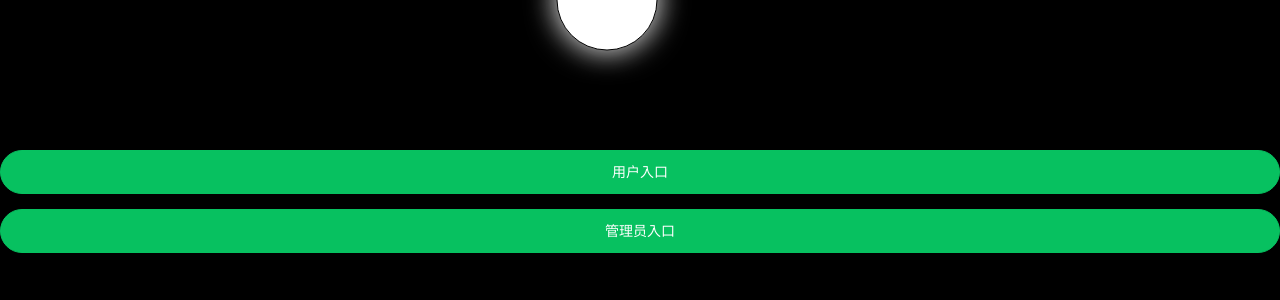
Repository: fisher002/sports
Page: /
An editor plug-in stored every save of this project. The page is shown before and after the next save, followed by the edit.
The browser window is 1280 px wide. The pictures show the whole page.
The project was rebuilt for these pictures with package versions that can differ from the ones it lists, and the page was loaded fresh each time. Also part of the build but not shown: src/components/public/bottom.vue, src/views/mobile-index/indexUrl.js, src/views/mobile-admin/admin-login/loginUrl.js, src/components/public/top.vue, src/views/mobile-index/mobileIndex.vue, src/utils/comUtils.js, src/views/mobile-index/index.vue, src/views/mobile-index/detailcompate.vue and 68 more.

Above is the page before, as saved 2020-05-04 14:19:41.

### index.html
<!DOCTYPE html>
<html>
  <head>
    <meta charset="utf-8">
    <meta name="viewport" content="width=device-width,initial-scale=1.0">
    <title>sports</title>
  </head>
  <body>
    <div id="app"></div>
    <!-- built files will be auto injected -->
  </body>
</html>

### src/main.js
// The Vue build version to load with the `import` command
// (runtime-only or standalone) has been set in webpack.base.conf with an alias.
import Vue from 'vue'
import App from './App'
import router from './router'
import Vant from 'vant';
import { Toast } from "vant";
import { Dialog } from 'vant';
import 'vant/lib/index.css';

Vue.use(Toast);
Vue.use(Dialog);
Vue.use(Vant);
Vue.config.productionTip = false

/* eslint-disable no-new */
new Vue({
  el: '#app',
  router,
  components: { App },
  template: '<App/>'
})

### src/App.vue
<template>
  <div id="app">
    <router-view v-if="isRouterAlive" />
  </div>
</template>

<script>
import { Toast } from "vant";
export default {
  name: 'App',
  provide() {
    //父组件中通过provide来提供变量，在子组件中通过inject来注入变量。
    return {
      reload: this.reload
    };
  },
  data() {
    return {
      isRouterAlive: true, //控制视图是否显示的变量
    };
  },
  methods: {
    reload() {
      this.isRouterAlive = false; //先关闭，
      this.$nextTick(function() {
        this.isRouterAlive = true; //再打开
      });
    }
  }
}
</script>

<style>
#app {
  font-family: 'Avenir', Helvetica, Arial, sans-serif;
  -webkit-font-smoothing: antialiased;
  -moz-osx-font-smoothing: grayscale;
  text-align: center;
  color: #2c3e50;
  /* margin-top: 60px; */
}
</style>

### src/router/index.js
import Vue from 'vue'
import Router from 'vue-router'
// import HelloWorld from '@/components/HelloWorld'
// 用户路由
import defaultIndex from '@/views/index'
import mobileIndex from '@/views/mobile-index/mobileIndex'
import index from '@/views/mobile-index/index'
import detailcompate from '@/views/mobile-index/detailcompate'
import login from '@/views/mobile-index/login'
import listmine from '@/views/mobile-mine/listmine'
import detailmine from '@/views/mobile-mine/detailmine'
import listscore from '@/views/mobile-mine/listscore'
import listmessage from '@/views/mobile-mine/listmessage'
import refereemanage from '@/views/mobile-mine/refereeManage'
import listcontestant from '@/views/mobile-mine/listcontestant'
import signupmine from '@/views/mobile-mine/signupmine'
import listitem from '@/views/mobile-item/listitem'
import detailitem from '@/views/mobile-item/detailitem'
import listcomment from '@/views/mobile-comment/listcomment'
import commentusers from '@/views/mobile-comment/commentusers'
import listtournament from '@/views/mobile-tournament/listtournament'
import alltournaments from '@/views/mobile-tournament/alltournaments'
import chatusers from '@/views/mobile-tournament/chatusers'

// 管理员路由
import adminIndex from '@/views/mobile-admin/adminIndex'
import adminlogin from '@/views/mobile-admin/admin-login/adminLogin'
// 赛前
import preindex from '@/views/mobile-admin/admin-pregame/preindex'
import releasegames from '@/views/mobile-admin/admin-pregame/releasegames'
import listgames from '@/views/mobile-admin/admin-pregame/listgames'
import editcompate from '@/views/mobile-admin/admin-pregame/editcompate'
import registermanagement from '@/views/mobile-admin/admin-pregame/registercompate/registermanagement'
import registerpeople from '@/views/mobile-admin/admin-pregame/registercompate/registerpeople'
import listcompateplay from '@/views/mobile-admin/admin-pregame/playermanage/listcompateplay'
import playermanagement from '@/views/mobile-admin/admin-pregame/playermanage/playermanagement'
import listcompatereferee from '@/views/mobile-admin/admin-pregame/refereemanage/listcompatereferee'
import refereemanagement from '@/views/mobile-admin/admin-pregame/refereemanage/refereemanagement'
import listequipment from '@/views/mobile-admin/admin-pregame/equipmentmanage/listequipment'
// 赛中
import middleindex from '@/views/mobile-admin/admin-middle/middleindex'
import listcompates from '@/views/mobile-admin/admin-middle/compatescore/listcompates'
import listcompatescore from '@/views/mobile-admin/admin-middle/compatescore/listcompatescore'
import listfinalperson from '@/views/mobile-admin/admin-middle/finalperson/listfinalperson'
import detailfinalperson from '@/views/mobile-admin/admin-middle/finalperson/detailfinalperson'
// 赛后
import afterindex from '@/views/mobile-admin/admin-after/afterindex'
import listbackmsg from '@/views/mobile-admin/admin-after/feedbackmsg/listbackmsg'
import listcompatewonderful from '@/views/mobile-admin/admin-after/compatewonderful/listcompatewonderful'
import detailwonderful from '@/views/mobile-admin/admin-after/compatewonderful/detailwonderful'
import listcompatenews from '@/views/mobile-admin/admin-after/compatenews/listcompatenews'
import detailcomnews from '@/views/mobile-admin/admin-after/compatenews/detailcomnews'
import listoutlaycompate from '@/views/mobile-admin/admin-after/compateoutlay/listoutlaycompate'
import detailoutlay from '@/views/mobile-admin/admin-after/compateoutlay/detailoutlay'
import listoutlaysum from '@/views/mobile-admin/admin-after/outlaysum/listoutlaysum'
import detailsumlist from '@/views/mobile-admin/admin-after/outlaysum/detailsumlist'

Vue.use(Router)

export default new Router({
  routes: [
    {
      path: '/',
      name: 'index',
      component: defaultIndex,
    },
    {
      path: '/user',
      name: 'mobileIndex',
      component: mobileIndex,
      redirect: '/user/index',
      children: [
        {
          path: '/user/index',
          name: 'index',
          meta: {
            label: "首页"
          },
          component: index
        },
        {
          path: '/user/detailcompate',
          name: 'detailcompate',
          meta: {
            label: "赛事详情"
          },
          component: detailcompate
        },
        {
          path: '/user/listmine',
          name: 'listmine',
          meta: {
            label: "我的"
          },
          component: listmine
        },
        {
          path: '/user/detailmine',
          name: 'detailmine',
          meta: {
            label: "我的信息"
          },
          component: detailmine
        },
        {
          path: '/user/refereemanage',
          name: 'refereemanage',
          meta: {
            label: "我的赛事管理"
          },
          component: refereemanage
        },
        {
          path: '/user/listcontestant',
          name: 'listcontestant',
          meta: {
            label: "运动员管理"
          },
          component: listcontestant
        },
        {
          path: '/user/signupmine',
          name: 'signupmine',
          meta: {
            label: "我的报名"
          },
          component: signupmine
        },
        {
          path: '/user/listscore',
          name: 'listscore',
          meta: {
            label: "我的成绩"
          },
          component: listscore
        },
        {
          path: '/user/listmessage',
          name: 'listmessage',
          meta: {
            label: "我的消息"
          },
          component: listmessage
        },
        {
          path: '/user/listitem',
          name: 'listitem',
          meta: {
            label: "项目"
          },
          component: listitem
        },
        {
          path: '/user/detailitem',
          name: 'detailitem',
          meta: {
            label: "项目列表"
          },
          component: detailitem
        },
        {
          path: '/user/listcomment',
          name: 'listcomment',
          meta: {
            label: "评论"
          },
          component: listcomment
        },
        {
          path: '/user/commentusers',
          name: 'commentusers',
          meta: {
            label: "赛事评论"
          },
          component: commentusers
        },
        {
          path: '/user/listtournament',
          name: 'listtournament',
          meta: {
            label: "赛事"
          },
          component: listtournament
        },
        {
          path: '/user/alltournaments',
          name: 'alltournaments',
          meta: {
            label: "全部赛事时间"
          },
          component: alltournaments
        },
        {
          path: '/user/chatusers',
          name: 'chatusers',
          meta: {
            label: "赛事实时信息"
          },
          component: chatusers
        },
      ]
    },
    {
      path: '/admin',
      name: 'adminIndex',
      component: adminIndex,
      redirect: '/admin/preindex',
      children: [
        {
          path: '/admin/preindex',
          name: 'preindex',
          meta: {
            label: "赛前"
          },
          component: preindex
        },
        {
          path: '/admin/releasegames',
          name: 'releasegames',
          meta: {
            label: "赛事发布"
          },
          component: releasegames
        },
        {
          path: '/admin/listgames',
          name: 'listgames',
          meta: {
            label: "赛事修改列表"
          },
          component: listgames
        },
        {
          path: '/admin/editcompate',
          name: 'editcompate',
          meta: {
            label: "赛事修改"
          },
          component: editcompate
        },
        {
          path: '/admin/registermanagement',
          name: 'registermanagement',
          meta: {
            label: "赛事报名管理"
          },
          component: registermanagement
        },
        {
          path: '/admin/registerpeople',
          name: 'registerpeople',
          meta: {
            label: "报名学生"
          },
          component: registerpeople
        },
        {
          path: '/admin/listcompateplay',
          name: 'listcompateplay',
          meta: {
            label: "运动员管理"
          },
          component: listcompateplay
        },
        {
          path: '/admin/playermanagement',
          name: 'playermanagement',
          meta: {
            label: "运动员列表"
          },
          component: playermanagement
        },
        {
          path: '/admin/listcompatereferee',
          name: 'listcompatereferee',
          meta: {
            label: "裁判管理"
          },
          component: listcompatereferee
        },
        {
          path: '/admin/refereemanagement',
          name: 'refereemanagement',
          meta: {
            label: "裁判列表"
          },
          component: refereemanagement
        },
        {
          path: '/admin/listequipment',
          name: 'listequipment',
          meta: {
            label: "设备添加"
          },
          component: listequipment
        },
        {
          path: '/admin/middleindex',
          name: 'middleindex',
          meta: {
            label: "赛中"
          },
          component: middleindex
        },
        {
          path: '/admin/listcompates',
          name: 'listcompates',
          meta: {
            label: "赛事列表"
          },
          component: listcompates
        },
        {
          path: '/admin/listcompatescore',
          name: 'listcompatescore',
          meta: {
            label: "赛事成绩"
          },
          component: listcompatescore
        },
        {
          path: '/admin/listfinalperson',
          name: 'listfinalperson',
          meta: {
            label: "赛事列表"
          },
          component: listfinalperson
        },
        {
          path: '/admin/detailfinalperson',
          name: 'detailfinalperson',
          meta: {
            label: "决赛名单添加"
          },
          component: detailfinalperson
        },
        {
          path: '/admin/afterindex',
          name: 'afterindex',
          meta: {
            label: "赛后"
          },
          component: afterindex
        },
        {
          path: '/admin/listbackmsg',
          name: 'listbackmsg',
          meta: {
            label: "反馈信息列表"
          },
          component: listbackmsg
        },
        {
          path: '/admin/listcompatewonderful',
          name: 'listcompatewonderful',
          meta: {
            label: "赛事资源"
          },
          component: listcompatewonderful
        },
        {
          path: '/admin/detailwonderful',
          name: 'detailwonderful',
          meta: {
            label: "赛事资源发布"
          },
          component: detailwonderful
        },
        {
          path: '/admin/listcompatenews',
          name: 'listcompatenews',
          meta: {
            label: "赛事新闻"
          },
          component: listcompatenews
        },
        {
          path: '/admin/detailcomnews',
          name: 'detailcomnews',
          meta: {
            label: "赛事新闻发布"
          },
          component: detailcomnews
        },
        {
          path: '/admin/listoutlaycompate',
          name: 'listoutlaycompate',
          meta: {
            label: "赛事列表"
          },
          component: listoutlaycompate
        },
        {
          path: '/admin/detailoutlay',
          name: 'detailoutlay',
          meta: {
            label: "赛事经费添加"
          },
          component: detailoutlay
        },
        {
          path: '/admin/listoutlaysum',
          name: 'listoutlaysum',
          meta: {
            label: "赛事列表"
          },
          component: listoutlaysum
        },
        {
          path: '/admin/detailsumlist',
          name: 'detailsumlist',
          meta: {
            label: "赛事统计列表"
          },
          component: detailsumlist
        },
      ]
    },
    {
      path: '/login',
      name: 'login',
      meta: {
        label: "用户登录"
      },
      component: login
    },
    {
      path: '/adminlogin',
      name: 'adminlogin',
      meta: {
        label: "管理员登录"
      },
      component: adminlogin
    },
  ]
})

### src/views/index.vue
<template>
  <div class="index">
    <div class="btn">
      <van-button to="/user" type="primary" block round>用户入口</van-button>
      <div class="hide"></div>
      <van-button to="/adminlogin" type="primary" block round>管理员入口</van-button>
    </div>
    <canvas ref="myCanvas" class="canvas"></canvas>
  </div>
</template>
<script>
export default {
  data() {
    return {
      height: null,
      width: null
    };
  },
  created() {
    window.addEventListener("resize", this.getWindowInfo); //注册监听器
    this.getWindowInfo(); //页面创建时先调用一次
  },
  mounted() {
    let canvas = this.$refs.myCanvas;
    canvas.height = this.height;
    canvas.width = this.width;
    this.createSrc(canvas);
  },
  methods: {
    /**获取屏幕宽高 */
    getWindowInfo() {
      this.height = document.documentElement.clientHeight;
      this.width = document.documentElement.clientWidth;
    },
    /**自定义创建圆 */
    createSrc(canvas) {
      let x = 0,y = 0;
      let ctx = canvas.getContext("2d");
      ctx.shadowBlur = 30;
      ctx.shadowColor = "#ffffff";
      let grd = ctx.createRadialGradient(75, 50, 5, 90, 60, 100); // 创建一个径向/圆渐变
      grd.addColorStop(0, "blue");
      grd.addColorStop(1, "white");
      ctx.fillStyle = grd;
      ctx.beginPath();
      let timer = setInterval(() => {
        y = this.autoY();
      }, 1000);
      ctx.arc(this.autoX(), y, 50, 0, 2 * Math.PI, true);
      ctx.fill();
      ctx.stroke();
    },
    /**横向变化 */
    autoX() {
      let x1 = 0;
      x1 = Math.floor(Math.random() * this.width) + 50;
      return x1;
    },
    /**纵向变化 */
    autoY() {
      let y1 = this.height + 50;
      y1 -= 1;
      if (y1 == -100) {
        y1 = this.height + 50;
      }
      return y1;
    }
  },
  destroyed() {
    /**页面销毁后注销监听器 */
    window.removeEventListener("resize", this.getWindowInfo);
  }
};
</script>
<style lang="scss" scoped>
.index {
  position: relative;
  .btn {
    position: fixed;
    width: 100%;
    padding: 150px 0px;
    z-index: 999;
    .hide {
      width: 100%;
      margin: 15px 0;
    }
  }
  .canvas {
    z-index: 990;
    position: absolute;
    left: 0;
    background: #000000;
  }
}
</style>

After the next save:
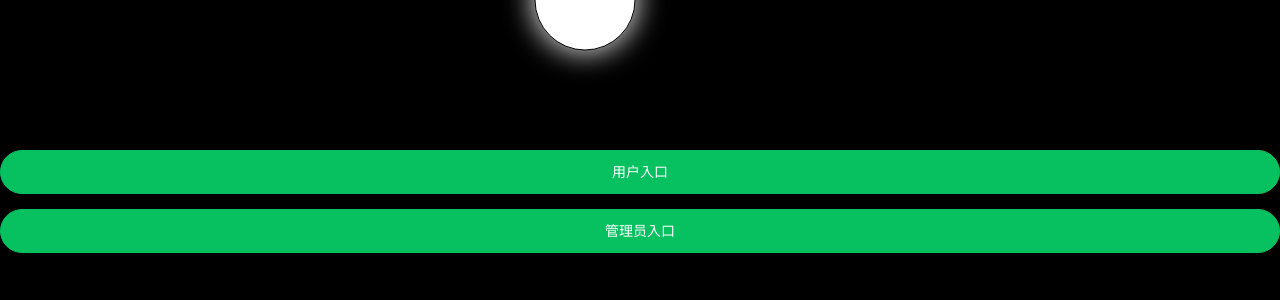
Saved 2 min 4 s later.
--- a/src/views/index.vue
+++ b/src/views/index.vue
@@ -34,7 +34,8 @@ export default {
     },
     /**自定义创建圆 */
     createSrc(canvas) {
-      let x = 0,y = 0;
+      let x = 0,
+        y = 0;
       let ctx = canvas.getContext("2d");
       ctx.shadowBlur = 30;
       ctx.shadowColor = "#ffffff";
@@ -53,7 +54,7 @@ export default {
     /**横向变化 */
     autoX() {
       let x1 = 0;
-      x1 = Math.floor(Math.random() * this.width) + 50;
+      x1 = Math.floor(Math.random() * (this.width - 50)) + 50;
       return x1;
     },
     /**纵向变化 */
